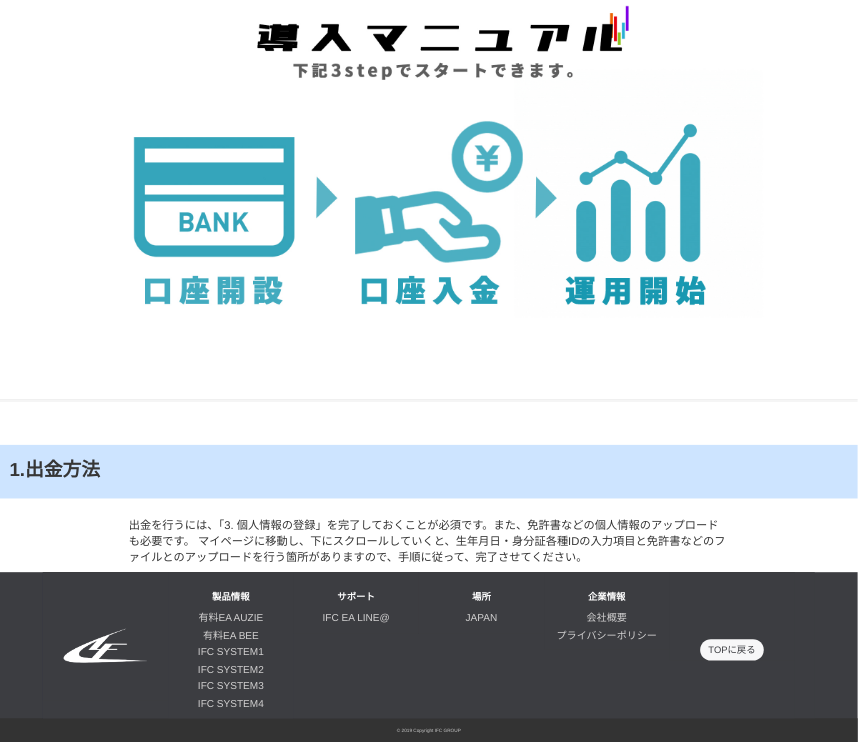
Repository: kkttuu1013/ProjectCeed
Page: http://localhost/start/4
The author's editor kept a record of every edit. The page is drawn from the files as they stood at one moment, then again after the next edit.
The browser window is 1280 px wide. The pictures show the whole page, at 67% of full size.
Some web libraries are served in a nearby version. The page is served by the project's Node server (server.js).

Above is the page before.
Console error: ReferenceError: jQuery is not defined

After the next edit:
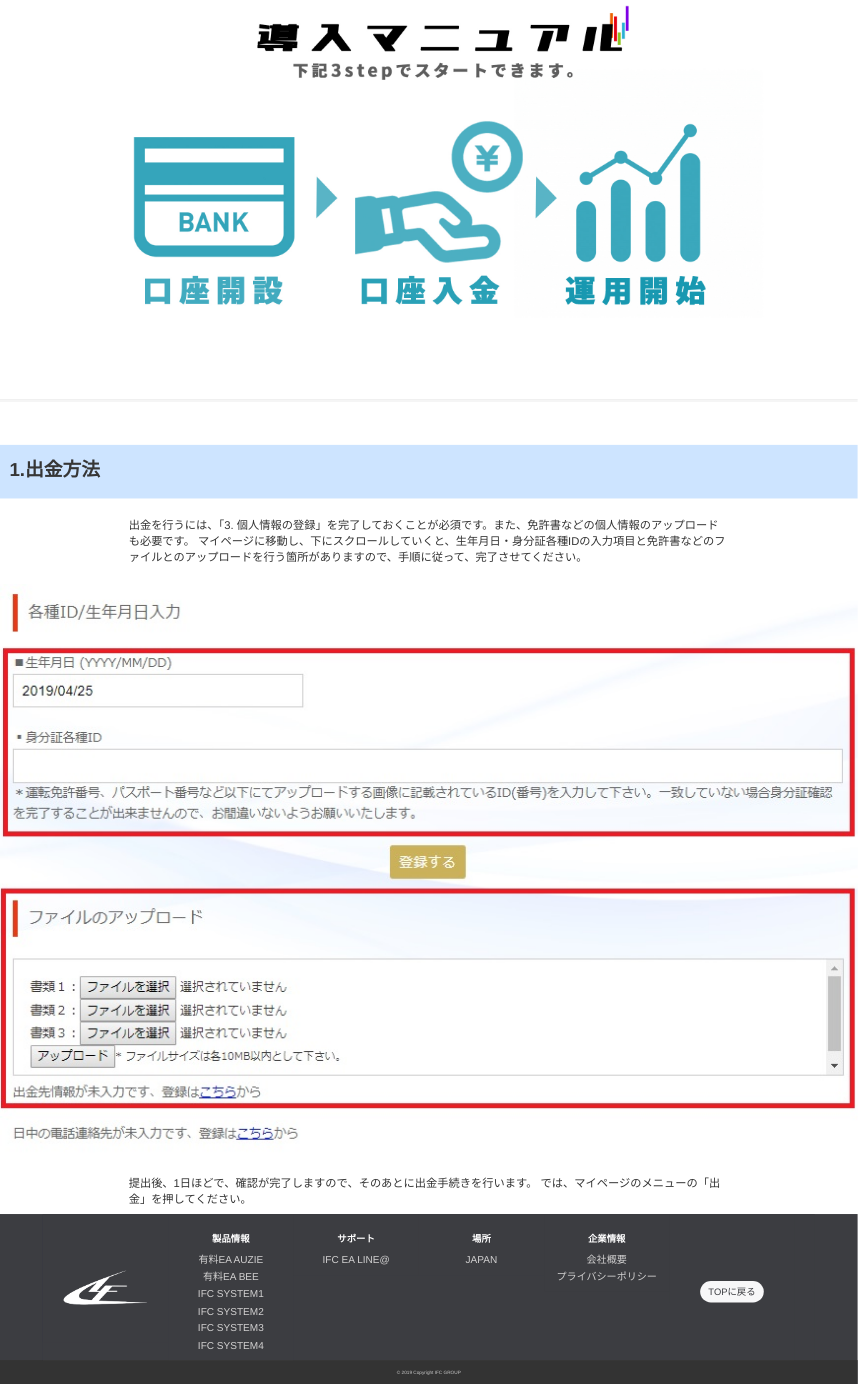
The edit:
--- a/views/back.ejs
+++ b/views/back.ejs
@@ -27,6 +27,17 @@
     出金を行うには、「3. 個人情報の登録」を完了しておくことが必須です。また、免許書などの個人情報のアップロードも必要です。
 
     マイページに移動し、下にスクロールしていくと、生年月日・身分証各種IDの入力項目と免許書などのファイルとのアップロードを行う箇所がありますので、手順に従って、完了させてください。
+    </p>
+    </div>
+    <div class="wrapper5">
+    <img class="responsiveImg" src="/images/28.jpg">
+    </div>
+
+    <div class="wrapper4">
+    <p class="txt">
+
+    提出後、1日ほどで、確認が完了しますので、そのあとに出金手続きを行います。
+    では、マイページのメニューの「出金」を押してください。
     </p>
     </div>
 
